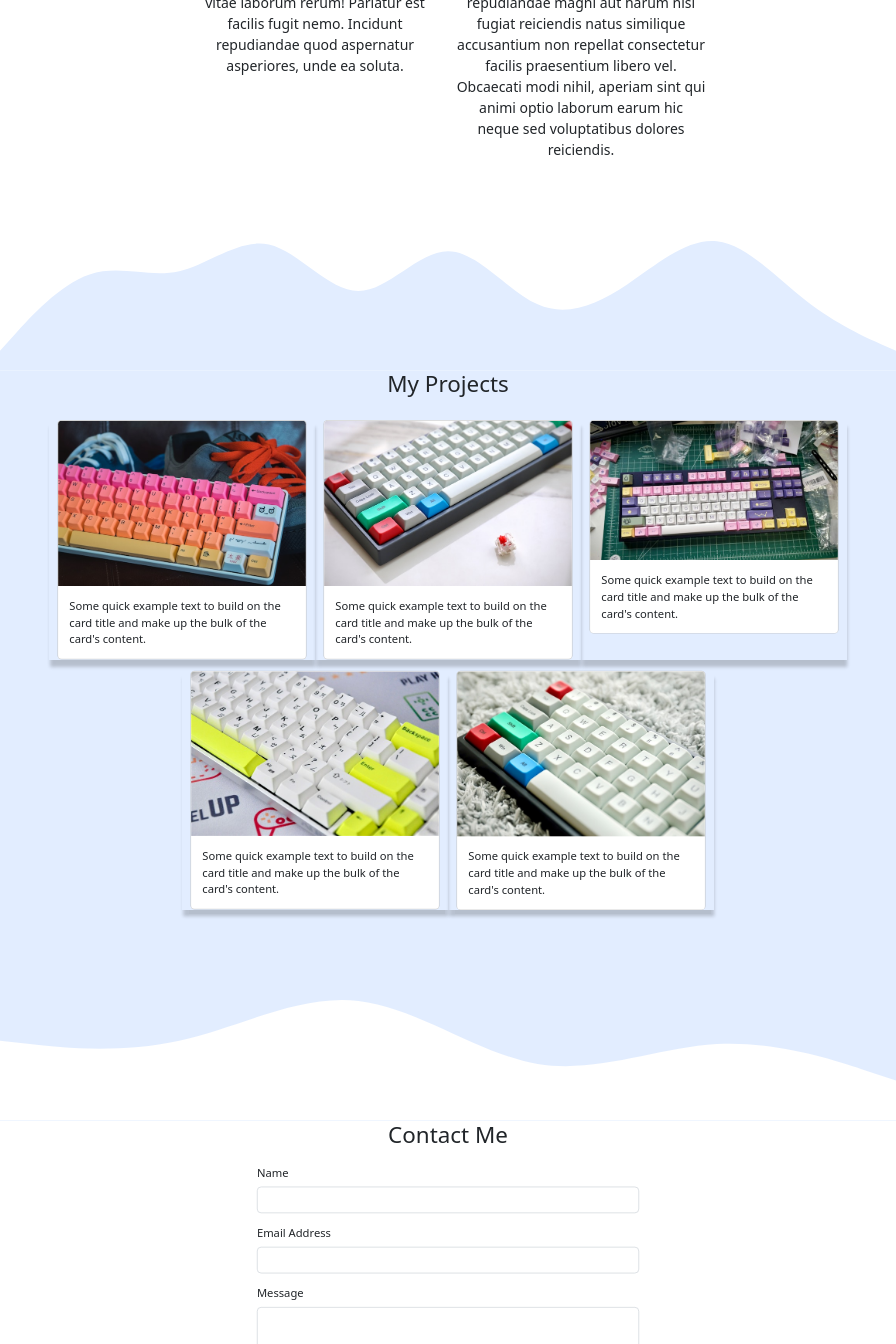
Repository: fadlyyy/fadli-dev.github.io
Page: index.html
These files come from the project's save history. The page is drawn as it stood at one moment and after the next save; the edit follows.
The browser window is 1280 px wide. The pictures show the part of the page from y = 953 to 2873 px (the page is 3332 px tall), at 70% of full size.

Above is the page before, as saved 2024-01-19 18:17:55.

After the next save:
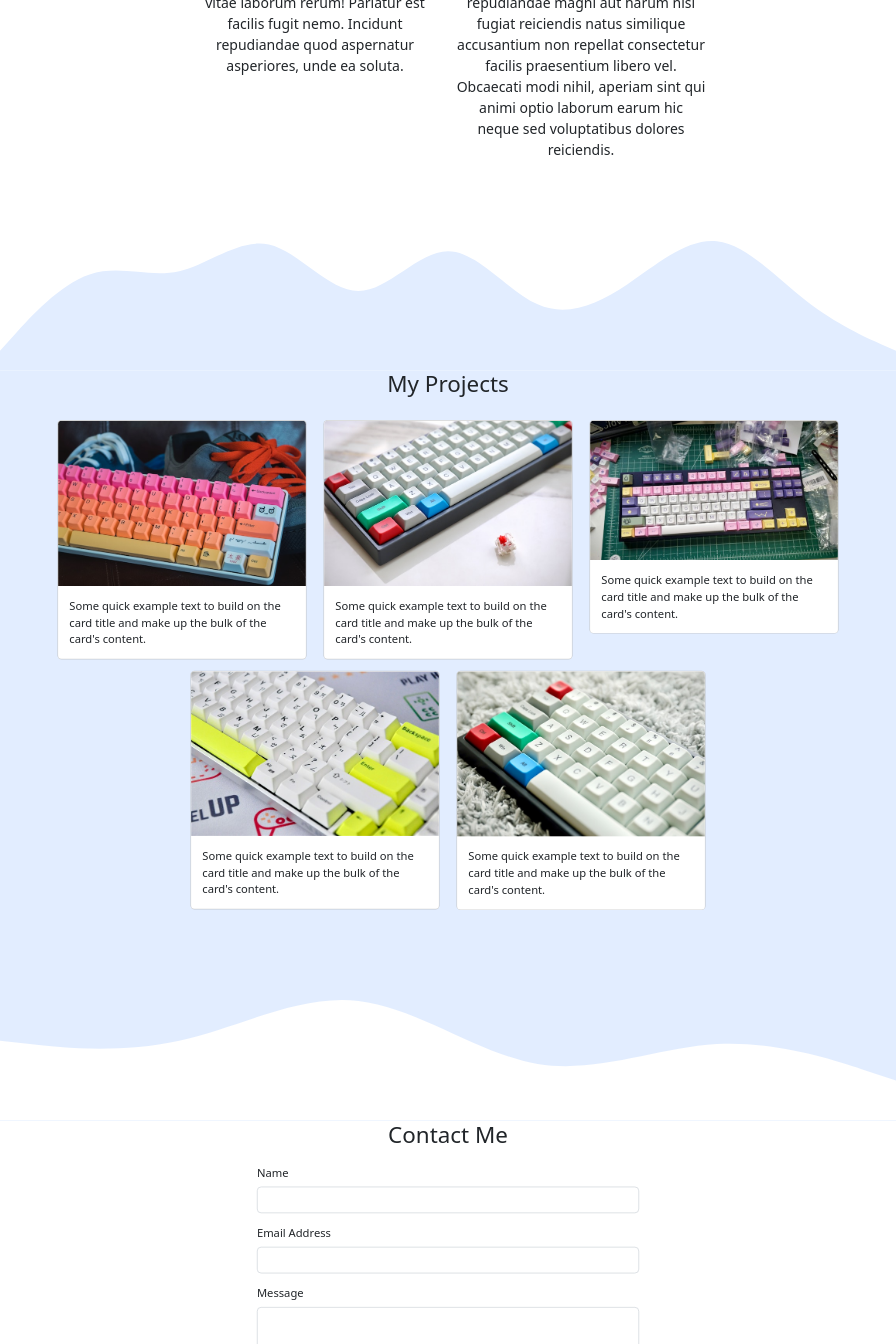
Saved 6 s later.
--- a/style.css
+++ b/style.css
@@ -9,7 +9,7 @@
 
 #projects .child {
   transition: all 0.2s ease-in-out;
-  box-shadow: 2px 10px 5px rgba(0, 0, 0, 0.2);
+  /* box-shadow: 2px 10px 5px rgba(0, 0, 0, 0.2); */
 }
 
 #projects .child:hover {
